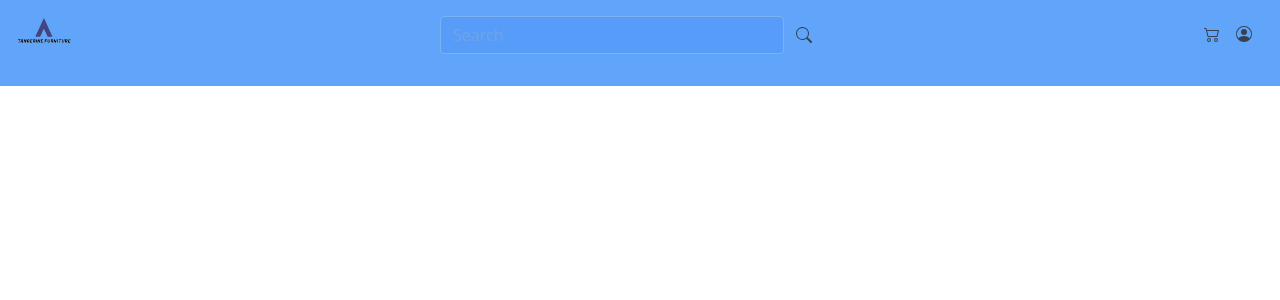
Repository: DevLaukey/Jitu-final
Page: / (app in frontend/)
These files come from the project's save history. The page is drawn as it stood at one moment and after the next save; the edit follows.
The browser window is 1280 px wide. The pictures show the whole page.
The project was rebuilt for these pictures with package versions that can differ from the ones it lists, and the page was loaded fresh each time.

Above is the page before, as saved 2022-07-13 13:24:42.

After the next save:
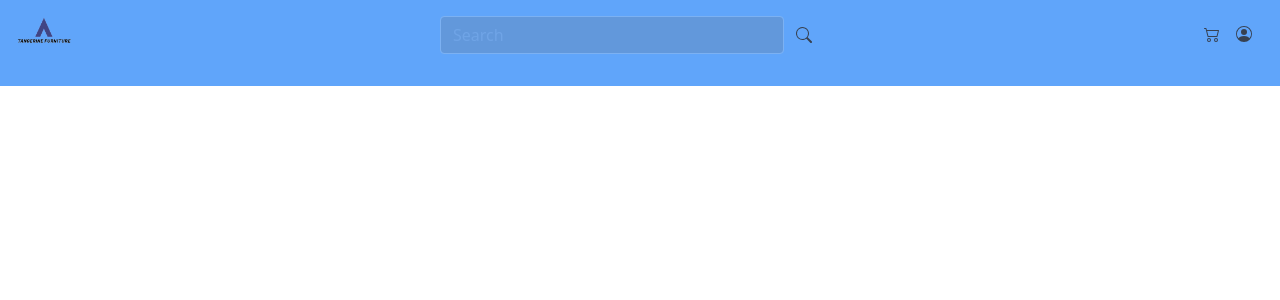
Saved 9 s later.
--- a/frontend/src/components/Navbar.js
+++ b/frontend/src/components/Navbar.js
@@ -20,7 +20,7 @@ function Navbar() {
           <div class="input-group relative flex  items-stretch w-full mb-4 rounded">
             <input
               type="search"
-              class="form-control relative flex-auto min-w-0 block w-full px-3 py-1.5 text-base font-normal  bg-blue-500 bg-clip-padding border border-solid border-gray-300 rounded transition ease-in-out m-0 focus:text-gray-700 focus:bg-white focus:border-blue-600 focus:outline-none opacity-25"
+              class="form-control relative flex-auto min-w-0 block w-full px-3 py-1.5 text-base font-normal  bg-gray-500 bg-clip-padding border border-solid border-gray-300 rounded transition ease-in-out m-0 focus:text-gray-700 focus:bg-white focus:border-blue-600 focus:outline-none opacity-25"
               placeholder="Search"
               aria-label="Search"
               aria-describedby="button-addon2"
